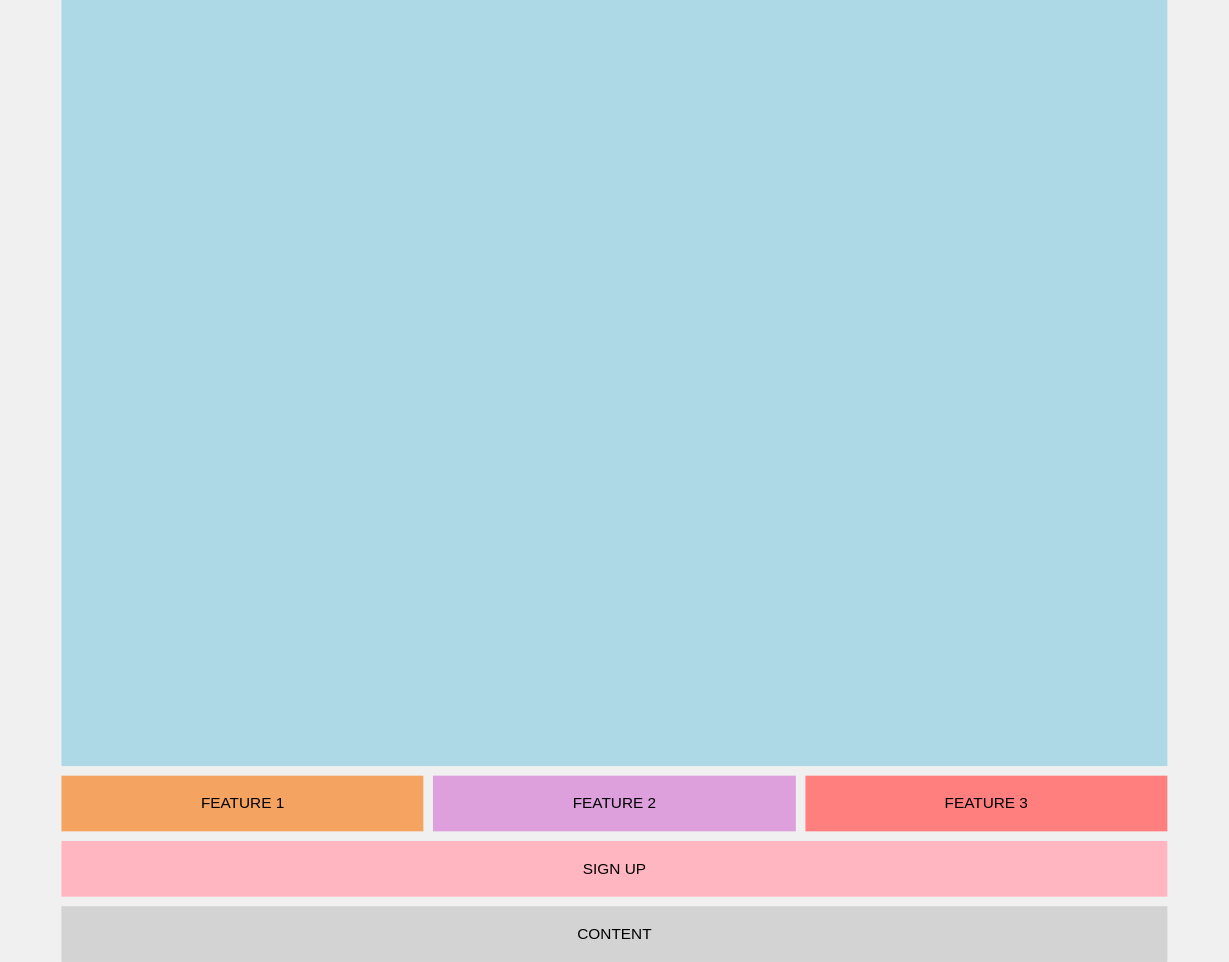
Repository: viveknaidu007/repo-152-FSD-InnomaticsTasksSep2024
Page: task_3/index.html
These files come from the project's save history. The page is drawn as it stood at one moment and after the next save; the edit follows.
The browser window is 1280 px wide. The pictures show the whole page, at 96% of full size.

Above is the page before, as saved 2024-10-02 11:29:13.

After the next save:
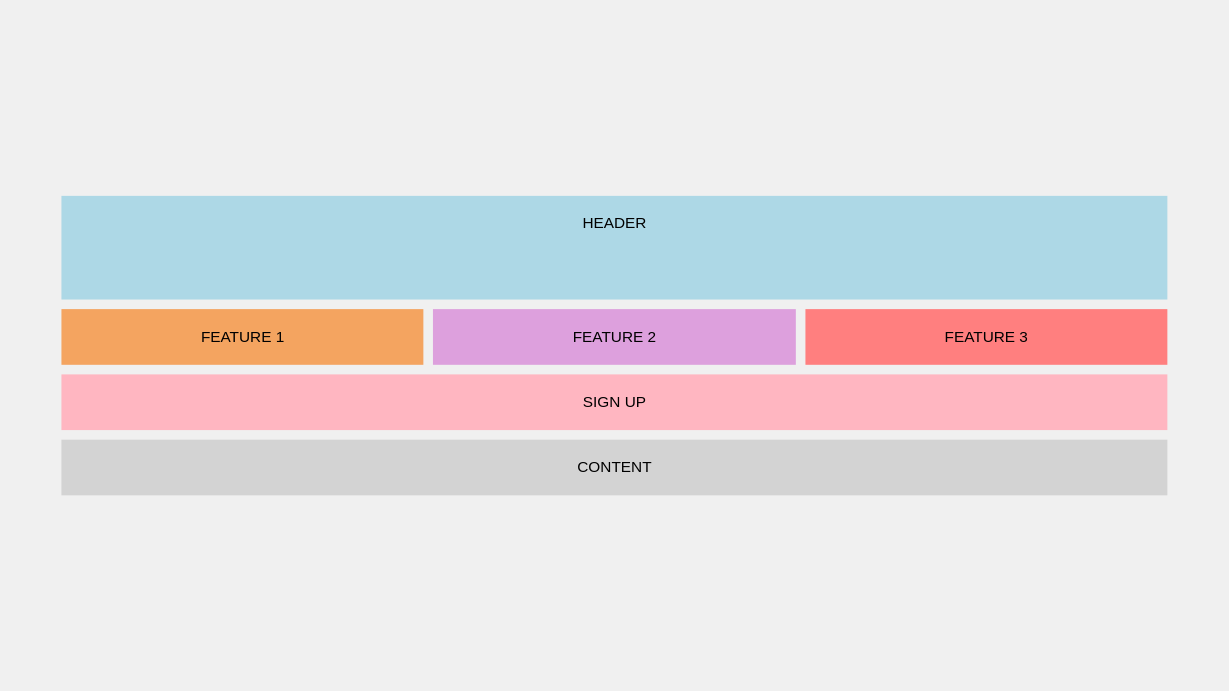
Saved 6 s later.
--- a/task_3/styles.css
+++ b/task_3/styles.css
@@ -34,7 +34,7 @@
     text-align: center;
     padding: 20px;
     position: static;
-    height: 150vh;
+    height: 15vh;
   }
 
   .content {
